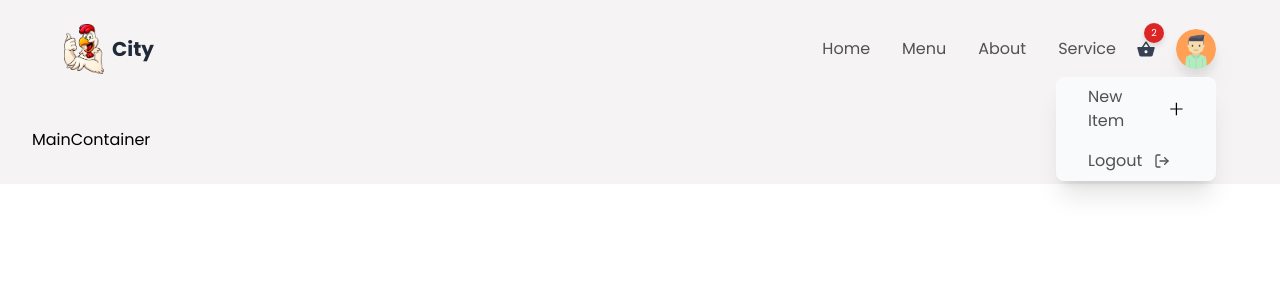
Repository: shikubro90/foodApp
Page: /
An editor plug-in stored every save of this project. The page is shown before and after the next save, followed by the edit.
The browser window is 1280 px wide. The pictures show the whole page.
The project was rebuilt for these pictures with package versions that can differ from the ones it lists, and the page was loaded fresh each time. Also part of the build but not shown: src/Components/CreateContainer.jsx.

Above is the page before, as saved 2022-09-21 19:33:00.

### src/index.js
import React from 'react'
import ReactDOM from 'react-dom/client'
import './index.css'
import App from './App'

import {BrowserRouter} from 'react-router-dom'

import {StateProvider} from './context/StateProvider'
import {initialState} from './context/InitialState'
import reducer from './context/reducer'

const root = ReactDOM.createRoot(document.getElementById('root'));
root.render(
  <React.StrictMode>
    <BrowserRouter>
      <StateProvider initialState={initialState} reducer={reducer}>
        <App />
      </StateProvider>
    </BrowserRouter>
  </React.StrictMode>
);

### src/index.css
@import url(https://fonts.googleapis.com/css?family=Poppins:100,100italic,200,200italic,300,300italic,regular,italic,500,500italic,600,600italic,700,700italic,800,800italic,900,900italic);

*{
    margin: 0;
    padding: 0;
    box-sizing: border-box;
}
body{
    font-family: "Poppins", sans-serif, system-ui, -apple-system, BlinkMacSystemFont, 'Segoe UI', Roboto, Oxygen, Ubuntu, Cantarell, 'Open Sans', 'Helvetica Neue', sans-serif;
}

html, body{
    scroll-behavior: smooth;
}

@tailwind base;
@tailwind components;
@tailwind utilities;

@layer components {
    .newDishCard {
      @apply w-225 h-auto p-4 rounded-2xl shadow-2xl duration-100 ease-in-out bg-cardColor backdrop-blur-md hover:shadow-none hover:bg-gradient-to-bl from-emerald-400 to-emerald-700 flex flex-col items-center justify-center relative;
    }
  }

### src/App.js
import React from 'react'
import { Header, CreateContainer, MainContainer } from './Components'
import {Route, Routes} from 'react-router-dom'
import {AnimatePresence} from 'framer-motion'

const App = () => {
  return (
    <AnimatePresence>
      <div className="w-screen h-auto flex flex-col bg-primary ">
          <Header/>
          <main className='mt-24 p-8 w-full'>
            <Routes>
              <Route path='/' element={<MainContainer/>}/>
              <Route path='create' element={<CreateContainer/>}/>
            </Routes>
          </main>
      </div>
    </AnimatePresence>
  )
}

export default App

### src/context/InitialState.js
import { fetchUser } from "../utils/localStorageData"

const userInfo = fetchUser()

export const initialState = {
    user: userInfo,


}

### src/context/reducer.js
export const actionType = {
    SET_USER : "SET_USER"
};

const reducer = (state, action) =>{
    switch (action.type) {
        case actionType.SET_USER:
          return {
            ...state,
            user: action.user,
          };
        default :
        return state;
    }
}

export default reducer;

### src/Components/index.js
export {default as Header} from './Header'
export {default as MainContainer} from './MainContainer'
export {default as CreateContainer} from './CreateContainer'

### src/utils/localStorageData.js
export const fetchUser =()=>{
    const userInfo = localStorage.getItem("user") !== "undefined" ?
    JSON.parse(localStorage.getItem("user")): localStorage.clear();

    return userInfo
}

### src/Components/Header.jsx
import logo from '../img/logo.png'
import { IoMdBasket } from 'react-icons/io'
import {GrAdd} from 'react-icons/gr'
import {FiLogOut} from 'react-icons/fi'
import Avatar from '../img/avatar.png'
import { motion } from 'framer-motion'
import { Link, NavLink } from 'react-router-dom'

// firebase auth
import { getAuth, GoogleAuthProvider, signInWithPopup } from 'firebase/auth'

// get app from firebase.config.js file
import { app } from '../Firebase.config'
import { useStateValue } from '../context/StateProvider'
import { actionType } from '../context/reducer'


const Header = () => {

  const firebaseAuth = getAuth(app)
  const provider = new GoogleAuthProvider()
  const [{ user }, dispatch] = useStateValue();


  const login = async () => {
    if (!user){
      const {
        user: {refreshToken, providerData }
      } = await signInWithPopup(firebaseAuth, provider)
      dispatch({
        type: actionType.SET_USER,
        user: providerData[0],
      })
      localStorage.setItem("user", JSON.stringify(providerData[0]))
    }
  }


  return (
    <div className="fixed z-50 w-screen p-3 px-4 md:p-6 md:px-16 bg-primary">
      {/* Desktop & Tablet */}
      <div className="hidden md:flex w-full h-full items-center justify-between">
        <NavLink to={'/'}>
          <motion.div
            whileTap={{ scale: 0.6 }}
            className="flex items-center gap-2"
          >
            <img src={logo} alt="logo" className="w-10 object-cover" />
            <p className="text-gray-800 text-xl font-bold">City</p>
          </motion.div>
        </NavLink>

        <div className="flex justify-center items-center">
          <ul className="flex items-center justify-center gap-8 ml-auto">
            <li className="text-base text-textColor cursor-pointer hover:text-gray-600 duration-100 ease-in-out">
              Home
            </li>
            <li className="text-base text-textColor cursor-pointer hover:text-gray-600 duration-100 ease-in-out">
              Menu
            </li>
            <li className="text-base text-textColor cursor-pointer hover:text-gray-600 duration-100 ease-in-out">
              About
            </li>
            <li className="text-base text-textColor cursor-pointer hover:text-gray-600 duration-100 ease-in-out">
              Service
            </li>
          </ul>

          <div className="relative flex items-center justify-center ml-5 cursor-pointer">

            <motion.div whileTap={{ scale: 0.6 }}>
              <IoMdBasket className="text-xl text-gray-700" />
              <motion.span
                whileHover={{ scale: 1.1 }}
                className="drop-shadow-md rounded-full w-5 h-5 bg-cart bg-car bg-red-600 flex justify-center items-center text-[.6rem] text-white -top-4 -right-2 absolute"
              >
                2
              </motion.span>
            </motion.div>

          </div>

          <div className="relative">

            <motion.img
              whileTap={{ scale: 0.6 }}
              src={user ? user.photoURL : Avatar}
              alt=""
              className="w-6 h-6 min-w-[40px] min-h-[40px] ml-5 cursor-pointer drop-shadow-xl rounded-full"
              onClick={login}
            />
            <div className='w-40 shadow-xl absolute bg-gray-50 right-0 top-12 rounded-lg flex flex-col px-4 '>
              <p className='px-4 py-2 flex items-center gap-3 cursor-pointer hover:bg-slate-200 transition-all duration-100 ease-in-out text-textColor text-base'>New Item <GrAdd/></p>
              <p className='px-4 py-2 flex items-center gap-3 cursor-pointer hover:bg-slate-200 transition-all duration-100 ease-in-out text-textColor text-base'>Logout <FiLogOut/></p>
            </div>

          </div>
        </div>
      </div>

      {/* Mobile */}
      <div className="flex md:hidden w-full h-full bg-blue-400">Mobile</div>
    </div>
  )
}

export default Header

### src/Firebase.config.js
import {getApp, getApps, initializeApp} from "firebase/app"
import {getFirestore} from "firebase/firestore"
import {getStorage} from "firebase/storage"

const firebaseConfig = {
    apiKey: "AIzaSyAGBeUhrzzT-68kroIN5G62mBqU-b-5so0",
    authDomain: "foodapp-6e162.firebaseapp.com",
    databaseURL: "https://foodapp-6e162-default-rtdb.firebaseio.com",
    projectId: "foodapp-6e162",
    storageBucket: "foodapp-6e162.appspot.com",
    messagingSenderId: "875229452645",
    appId: "1:875229452645:web:13552ebbe293467d7f698c"
  };

const app = getApps.length>0? getApp() : initializeApp(firebaseConfig);
const fireStore = getFirestore(app)
const storage = getStorage(app)

export {app, fireStore, storage}

### tailwind.config.js
/** @type {import('tailwindcss').Config} */
module.exports = {
  content: ['./src/**/*.{js,jsx,ts,tsx}'],
  theme: {
    extend: {
      width: {
        150: "150px",
        190: "190px",
        225: "225px",
        275: "275px",
        300: "300px",
        340: "340px",
        350: "350px",
        375: "375px",
        460: "460px",
        656: "656px",
        880: "880px",
        508: "508px",
      },
      height: {
        80: "80px",
        150: "150px",
        225: "225px",
        300: "300px",
        340: "340px",
        370: "370px",
        420: "420px",
        510: "510px",
        600: "600px",
        650: "650px",
        685: "685px",
        800: "800px",
        "90vh": "90vh",
      },
      minWidth: {
        210: "210px",
        350: "350px",
        620: "620px",
      },
      screens: {
        sm: "640px",
        md: "768px",
        lg: "1024px",
        xl: "1280px",
        "2xl": "1536px",
      },
      colors: {
        headingColor: "#2e2e2e",
        textColor: "#515151",
        cartNumBg: "#e80013",
        primary: "#f5f3f3",
        cardOverlay: "rgba(256,256,256,0.4)",
        lighttextGray: "#9ca0ab",
        card: "rgba(256,256,256,0.8)",
        cartBg: "#282a2c",
        cartItem: "#2e3033",
        cartTotal: "#343739",
      },
    },
  },
  plugins: [],
}

Loaded but not shown: src/context/StateProvider.js (common file); src/Components/MainContainer.jsx (common file)

After the next save:
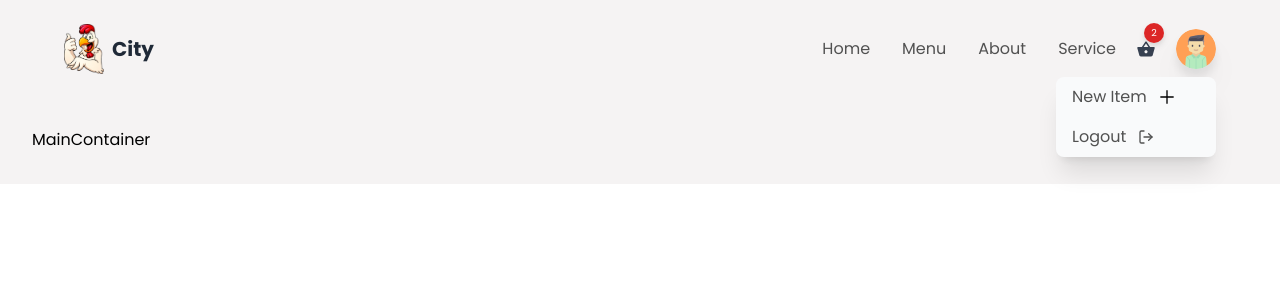
Saved 7 s later.
--- a/src/Components/Header.jsx
+++ b/src/Components/Header.jsx
@@ -89,7 +89,7 @@ const Header = () => {
               className="w-6 h-6 min-w-[40px] min-h-[40px] ml-5 cursor-pointer drop-shadow-xl rounded-full"
               onClick={login}
             />
-            <div className='w-40 shadow-xl absolute bg-gray-50 right-0 top-12 rounded-lg flex flex-col px-4 '>
+            <div className='w-40 shadow-xl absolute bg-gray-50 right-0 top-12 rounded-lg flex flex-col'>
               <p className='px-4 py-2 flex items-center gap-3 cursor-pointer hover:bg-slate-200 transition-all duration-100 ease-in-out text-textColor text-base'>New Item <GrAdd/></p>
               <p className='px-4 py-2 flex items-center gap-3 cursor-pointer hover:bg-slate-200 transition-all duration-100 ease-in-out text-textColor text-base'>Logout <FiLogOut/></p>
             </div>
